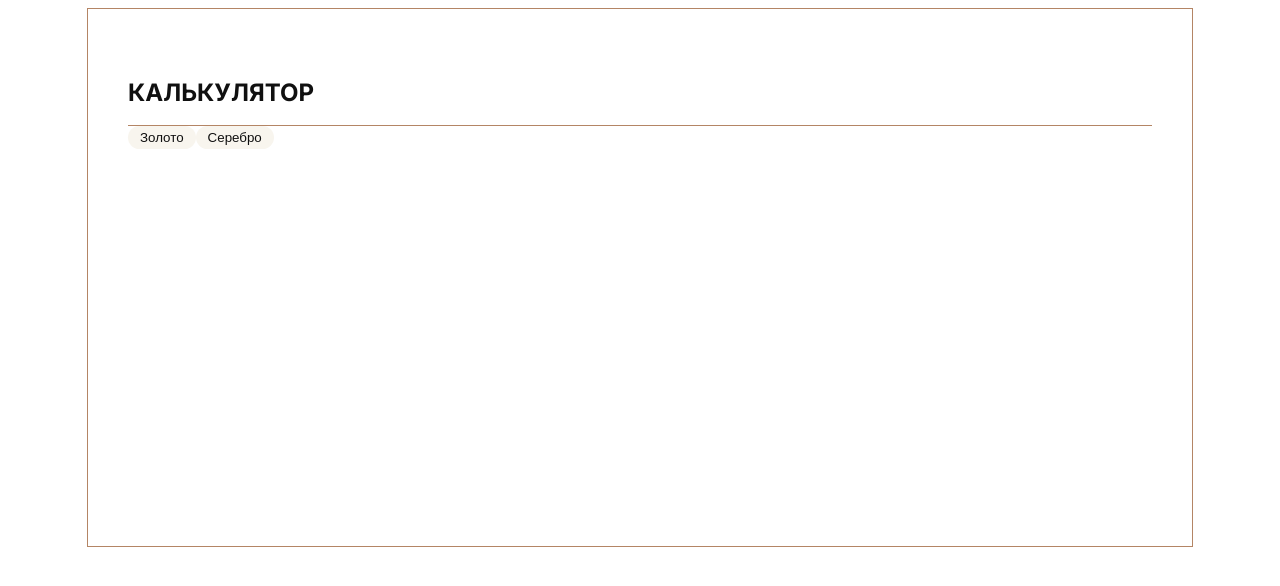
Repository: Kirill2034/Calculator-metal
Page: /
The author's editor kept a copy of each file at every save. The page is drawn from the files as they stood at one save, then again after the next save.
The browser window is 1280 px wide. The pictures show the whole page.
The project was rebuilt for these pictures with package versions that can differ from the ones it lists, and the page was loaded fresh each time.

Above is the page before, as saved 2021-11-27 16:44:54.

After the next save:
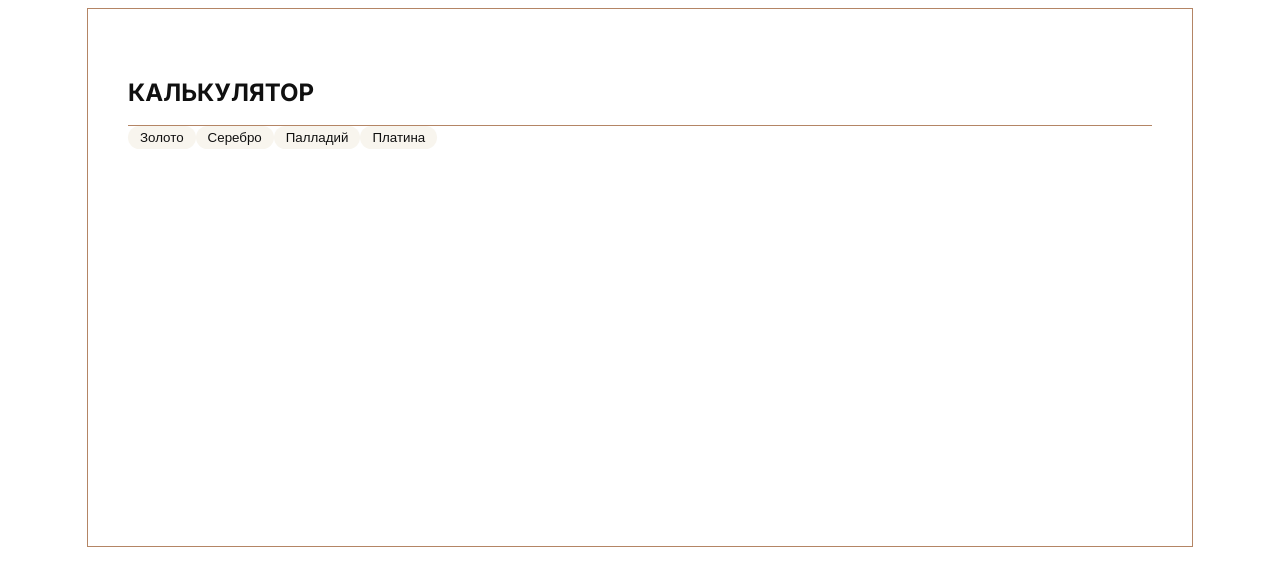
Saved 107 s later.
--- a/src/App.js
+++ b/src/App.js
@@ -16,6 +16,24 @@ const metals = [
     id: 2,
     code: "argent",
     title: "Серебро",
+    finenessList: [
+      {id: 1, value: 375, cash: 90, checkingAccount: 100},
+      {id: 1, value: 575, cash: 190, checkingAccount: 250}
+    ]
+  },
+  {
+    id: 3,
+    code: "palladium",
+    title: "Палладий",
+    finenessList: [
+      {id: 1, value: 375, cash: 90, checkingAccount: 100},
+      {id: 1, value: 575, cash: 190, checkingAccount: 250}
+    ]
+  },
+  {
+    id: 4,
+    code: "platinum",
+    title: "Платина",
     finenessList: [
       {id: 1, value: 375, cash: 90, checkingAccount: 100},
       {id: 1, value: 575, cash: 190, checkingAccount: 250}
